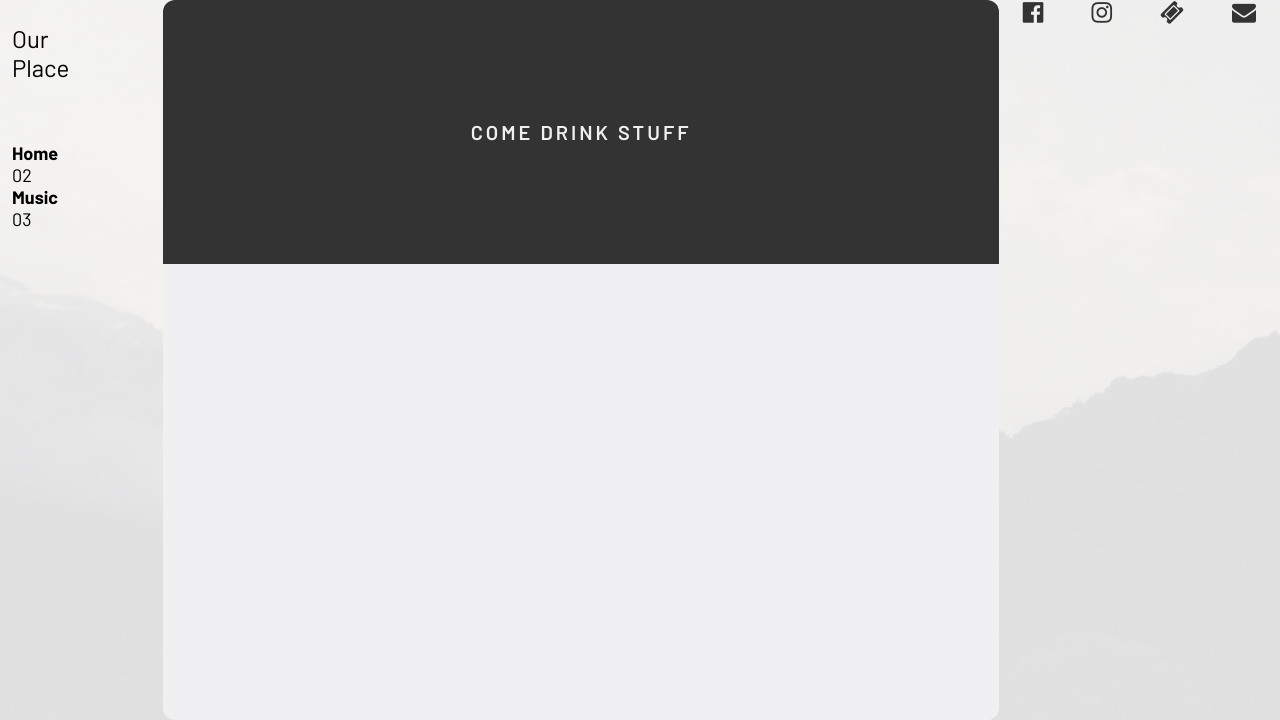
Repository: meghan-kradolfer/our-space-v1
Page: /
The author's editor kept a copy of each file at every save. The page is drawn from the files as they stood at one save, then again after the next save.
The browser window is 1280 px wide. The pictures show the whole page.
The project was rebuilt for these pictures with package versions that can differ from the ones it lists, and the page was loaded fresh each time. Also part of the build but not shown: src/containers/music/index.js.

Above is the page before, as saved 2017-11-17 09:05:58.

### public/index.html
<!doctype html>
<html lang="en">
<head>
    <meta charSet="utf-8" />
     <meta charset="utf-8">
    <meta name="viewport" content="width=device-width, initial-scale=1, shrink-to-fit=no">
    <meta name="theme-color" content="#000000">

    <title>Our Place</title>

    <link rel="apple-touch-icon" href="%PUBLIC_URL%/favicon.ico"/>
    <link rel="apple-touch-icon" sizes="76x76" href="%PUBLIC_URL%/favicon.ico"/>
    <link rel="apple-touch-icon" sizes="120x120" href="%PUBLIC_URL%/favicon.ico"/>
    <link rel="apple-touch-icon" sizes="152x152" href="%PUBLIC_URL%/favicon.ico"/>
    <link rel="apple-touch-icon" sizes="180x180" href="%PUBLIC_URL%/favicon.ico"/>
    <link rel="icon" sizes="192x192" href="%PUBLIC_URL%/favicon.ico"/>
    <link rel="shortcut icon" sizes="76x76" type="image/x-icon" href="%PUBLIC_URL%/favicon.ico"/>
    <link rel="mask-icon" href="%PUBLIC_URL%/favicon.ico" color="#000000"/>


    <meta name="description" content="Our Place"/>

    <meta property="og:site_name" content="Our Place"/>
    <meta property="og:title" content="Our Place"/>
    <meta property="og:description" content="Our Place"/>
    <meta property="og:type" content="website"/>
    <meta property="og:url" content="#"/>
    <meta property="og:image" content="#"/>
    <meta property="og:locale" content="en_NZ"/>

    <meta name="twitter:title" content="Our Place"/>
    <meta name="twitter:description" content="Our Place"/>
    <meta name="twitter:card" content="summary"/>
    <meta name="twitter:app:name:iphone" content="Our Place"/>
    <meta name="twitter:app:name:ipad" content="Our Place"/>
    <meta name="twitter:app:name:googleplay" content="Our Place"/>

    <link href="https://maxcdn.bootstrapcdn.com/font-awesome/4.7.0/css/font-awesome.min.css" rel="stylesheet" />

   <link href="https://fonts.googleapis.com/css?family=Crimson+Text:400,400i,600,600i,700" rel="stylesheet" />
   <link href="https://fonts.googleapis.com/css?family=Barlow:400,400i,600,600i,700" rel="stylesheet">

</head>
<body>
 <noscript>
      You need to enable JavaScript to run this app.
    </noscript>
<div id="root"></div>
</body>
</html>

### src/index.js
import React from 'react';
import ReactDOM from 'react-dom';
import {BrowserRouter as Router} from 'react-router-dom'
import './index.css';
import App from './containers/app'
import registerServiceWorker from './registerServiceWorker';

ReactDOM.render(<Router><App /></Router>, document.getElementById('root'));
registerServiceWorker();

### src/index.css
@keyframes bubble {
  100% {
    -webkit-transform: translate(-1px, 2px);
    -moz-transform: translate(-1px, 2px);
    -ms-transform: translate(-1px, 2px);
    -o-transform: translate(-1px, 2px);
    transform: translate(-1px, 2px); }
  75% {
    -webkit-transform: translate(3px, -2px);
    -moz-transform: translate(3px, -2px);
    -ms-transform: translate(3px, -2px);
    -o-transform: translate(3px, -2px);
    transform: translate(3px, -2px); }
  50% {
    -webkit-transform: translate(-1px, 1px);
    -moz-transform: translate(-1px, 1px);
    -ms-transform: translate(-1px, 1px);
    -o-transform: translate(-1px, 1px);
    transform: translate(-1px, 1px); }
  25% {
    -webkit-transform: translate(1px, 2px);
    -moz-transform: translate(1px, 2px);
    -ms-transform: translate(1px, 2px);
    -o-transform: translate(1px, 2px);
    transform: translate(1px, 2px); }
  0% {
    -webkit-transform: translate(-1px, -2px);
    -moz-transform: translate(-1px, -2px);
    -ms-transform: translate(-1px, -2px);
    -o-transform: translate(-1px, -2px);
    transform: translate(-1px, -2px); } }

@-webkit-keyframes bubble {
  100% {
    -webkit-transform: translate(-1px, 2px);
    -moz-transform: translate(-1px, 2px);
    -ms-transform: translate(-1px, 2px);
    -o-transform: translate(-1px, 2px);
    transform: translate(-1px, 2px); }
  75% {
    -webkit-transform: translate(3px, -2px);
    -moz-transform: translate(3px, -2px);
    -ms-transform: translate(3px, -2px);
    -o-transform: translate(3px, -2px);
    transform: translate(3px, -2px); }
  50% {
    -webkit-transform: translate(-1px, 1px);
    -moz-transform: translate(-1px, 1px);
    -ms-transform: translate(-1px, 1px);
    -o-transform: translate(-1px, 1px);
    transform: translate(-1px, 1px); }
  25% {
    -webkit-transform: translate(1px, 2px);
    -moz-transform: translate(1px, 2px);
    -ms-transform: translate(1px, 2px);
    -o-transform: translate(1px, 2px);
    transform: translate(1px, 2px); }
  0% {
    -webkit-transform: translate(-1px, -2px);
    -moz-transform: translate(-1px, -2px);
    -ms-transform: translate(-1px, -2px);
    -o-transform: translate(-1px, -2px);
    transform: translate(-1px, -2px); } }

@keyframes bubblebubble {
  50% {
    -webkit-transform: translate(0px, -130px);
    -moz-transform: translate(0px, -130px);
    -ms-transform: translate(0px, -130px);
    -o-transform: translate(0px, -130px);
    transform: translate(0px, -130px);
    opacity: 0; }
  40% {
    -webkit-transform: translate(3px, -90px);
    -moz-transform: translate(3px, -90px);
    -ms-transform: translate(3px, -90px);
    -o-transform: translate(3px, -90px);
    transform: translate(3px, -90px);
    opacity: 0.4; }
  30% {
    -webkit-transform: translate(-3px, -60px);
    -moz-transform: translate(-3px, -60px);
    -ms-transform: translate(-3px, -60px);
    -o-transform: translate(-3px, -60px);
    transform: translate(-3px, -60px);
    opacity: 0.6; }
  100% {
    opacity: 0;
    -webkit-transform: translate(0px, 0px);
    -moz-transform: translate(0px, 0px);
    -ms-transform: translate(0px, 0px);
    -o-transform: translate(0px, 0px);
    transform: translate(0px, 0px); }
  90% {
    -webkit-transform: translate(0px, -130px);
    -moz-transform: translate(0px, -130px);
    -ms-transform: translate(0px, -130px);
    -o-transform: translate(0px, -130px);
    transform: translate(0px, -130px);
    opacity: 0; }
  20% {
    -webkit-transform: translate(4px, -40px);
    -moz-transform: translate(4px, -40px);
    -ms-transform: translate(4px, -40px);
    -o-transform: translate(4px, -40px);
    transform: translate(4px, -40px);
    opacity: 0.7; }
  10% {
    -webkit-transform: translate(-4px, -20px);
    -moz-transform: translate(-4px, -20px);
    -ms-transform: translate(-4px, -20px);
    -o-transform: translate(-4px, -20px);
    transform: translate(-4px, -20px);
    opacity: 0.8; }
  0% {
    -webkit-transform: translate(0px, 0px);
    -moz-transform: translate(0px, 0px);
    -ms-transform: translate(0px, 0px);
    -o-transform: translate(0px, 0px);
    transform: translate(0px, 0px);
    opacity: 0.9; } }

@-webkit-keyframes bubblebubble {
  50% {
    -webkit-transform: translate(0px, -130px);
    -moz-transform: translate(0px, -130px);
    -ms-transform: translate(0px, -130px);
    -o-transform: translate(0px, -130px);
    transform: translate(0px, -130px);
    opacity: 0; }
  40% {
    -webkit-transform: translate(3px, -90px);
    -moz-transform: translate(3px, -90px);
    -ms-transform: translate(3px, -90px);
    -o-transform: translate(3px, -90px);
    transform: translate(3px, -90px);
    opacity: 0.4; }
  30% {
    -webkit-transform: translate(-3px, -60px);
    -moz-transform: translate(-3px, -60px);
    -ms-transform: translate(-3px, -60px);
    -o-transform: translate(-3px, -60px);
    transform: translate(-3px, -60px);
    opacity: 0.6; }
  100% {
    opacity: 0;
    -webkit-transform: translate(0px, 0px);
    -moz-transform: translate(0px, 0px);
    -ms-transform: translate(0px, 0px);
    -o-transform: translate(0px, 0px);
    transform: translate(0px, 0px); }
  90% {
    -webkit-transform: translate(0px, -130px);
    -moz-transform: translate(0px, -130px);
    -ms-transform: translate(0px, -130px);
    -o-transform: translate(0px, -130px);
    transform: translate(0px, -130px);
    opacity: 0; }
  20% {
    -webkit-transform: translate(4px, -40px);
    -moz-transform: translate(4px, -40px);
    -ms-transform: translate(4px, -40px);
    -o-transform: translate(4px, -40px);
    transform: translate(4px, -40px);
    opacity: 0.7; }
  10% {
    -webkit-transform: translate(-4px, -20px);
    -moz-transform: translate(-4px, -20px);
    -ms-transform: translate(-4px, -20px);
    -o-transform: translate(-4px, -20px);
    transform: translate(-4px, -20px);
    opacity: 0.8; }
  0% {
    -webkit-transform: translate(0px, 0px);
    -moz-transform: translate(0px, 0px);
    -ms-transform: translate(0px, 0px);
    -o-transform: translate(0px, 0px);
    transform: translate(0px, 0px);
    opacity: 0.9; } }

/* ==========================================================================
   Normalize.scss settings
   ========================================================================== */
/**
 * Includes legacy browser support IE6/7
 *
 * Set to false if you want to drop support for IE6 and IE7
 */
/* Base
   ========================================================================== */
/**
 * 1. Set default font family to sans-serif.
 * 2. Prevent iOS and IE text size adjust after device orientation change,
 *    without disabling user zoom.
 * 3. Corrects text resizing oddly in IE 6/7 when body `font-size` is set using
 *  `em` units.
 */
html {
  font-family: sans-serif;
  /* 1 */
  -ms-text-size-adjust: 100%;
  /* 2 */
  -webkit-text-size-adjust: 100%;
  /* 2 */ }

/**
 * Remove default margin.
 */
body {
  margin: 0; }

/* HTML5 display definitions
   ========================================================================== */
/**
 * Correct `block` display not defined for any HTML5 element in IE 8/9.
 * Correct `block` display not defined for `details` or `summary` in IE 10/11
 * and Firefox.
 * Correct `block` display not defined for `main` in IE 11.
 */
article,
aside,
details,
figcaption,
figure,
footer,
header,
hgroup,
main,
menu,
nav,
section,
summary {
  display: block; }

/**
 * 1. Correct `inline-block` display not defined in IE 6/7/8/9 and Firefox 3.
 * 2. Normalize vertical alignment of `progress` in Chrome, Firefox, and Opera.
 */
audio,
canvas,
progress,
video {
  display: inline-block;
  /* 1 */
  vertical-align: baseline;
  /* 2 */ }

/**
 * Prevents modern browsers from displaying `audio` without controls.
 * Remove excess height in iOS 5 devices.
 */
audio:not([controls]) {
  display: none;
  height: 0; }

/**
 * Address `[hidden]` styling not present in IE 8/9/10.
 * Hide the `template` element in IE 8/9/10/11, Safari, and Firefox < 22.
 */
[hidden],
template {
  display: none; }

/* Links
   ========================================================================== */
/**
 * Remove the gray background color from active links in IE 10.
 */
a {
  background-color: transparent; }

/**
 * Improve readability of focused elements when they are also in an
 * active/hover state.
 */
a:active, a:hover {
  outline: 0; }

/* Text-level semantics
   ========================================================================== */
/**
 * Address styling not present in IE 8/9/10/11, Safari, and Chrome.
 */
abbr[title] {
  border-bottom: 1px dotted; }

/**
 * Address style set to `bolder` in Firefox 4+, Safari, and Chrome.
 */
b,
strong {
  font-weight: bold; }

/**
 * Address styling not present in Safari and Chrome.
 */
dfn {
  font-style: italic; }

/**
 * Address variable `h1` font-size and margin within `section` and `article`
 * contexts in Firefox 4+, Safari, and Chrome.
 */
h1 {
  font-size: 2em;
  margin: 0.67em 0; }

/**
 * Addresses styling not present in IE 8/9.
 */
mark {
  background: #ff0;
  color: #000; }

/**
 * Address inconsistent and variable font size in all browsers.
 */
small {
  font-size: 80%; }

/**
 * Prevent `sub` and `sup` affecting `line-height` in all browsers.
 */
sub,
sup {
  font-size: 75%;
  line-height: 0;
  position: relative;
  vertical-align: baseline; }

sup {
  top: -0.5em; }

sub {
  bottom: -0.25em; }

/* Embedded content
   ========================================================================== */
/**
 * 1. Remove border when inside `a` element in IE 8/9/10.
 * 2. Improves image quality when scaled in IE 7.
 */
img {
  border: 0; }

/**
 * Correct overflow not hidden in IE 9/10/11.
 */
svg:not(:root) {
  overflow: hidden; }

/* Grouping content
   ========================================================================== */
/**
 * Address margin not present in IE 8/9 and Safari.
 */
figure {
  margin: 1em 40px; }

/**
 * Address differences between Firefox and other browsers.
 */
hr {
  box-sizing: content-box;
  height: 0; }

/**
 * Contain overflow in all browsers.
 */
pre {
  overflow: auto; }

/**
 * Address odd `em`-unit font size rendering in all browsers.
 * Correct font family set oddly in IE 6, Safari 4/5, and Chrome.
 */
code,
kbd,
pre,
samp {
  font-family: monospace, monospace;
  font-size: 1em; }

/* Forms
   ========================================================================== */
/**
 * Known limitation: by default, Chrome and Safari on OS X allow very limited
 * styling of `select`, unless a `border` property is set.
 */
/**
 * 1. Correct color not being inherited.
 *  Known issue: affects color of disabled elements.
 * 2. Correct font properties not being inherited.
 * 3. Address margins set differently in Firefox 4+, Safari, and Chrome.
 * 4. Improves appearance and consistency in all browsers.
 */
button,
input,
optgroup,
select,
textarea {
  color: inherit;
  /* 1 */
  font: inherit;
  /* 2 */
  margin: 0;
  /* 3 */ }

/**
 * Address `overflow` set to `hidden` in IE 8/9/10/11.
 */
button {
  overflow: visible; }

/**
 * Address inconsistent `text-transform` inheritance for `button` and `select`.
 * All other form control elements do not inherit `text-transform` values.
 * Correct `button` style inheritance in Firefox, IE 8/9/10/11, and Opera.
 * Correct `select` style inheritance in Firefox.
 */
button,
select {
  text-transform: none; }

/**
 * 1. Avoid the WebKit bug in Android 4.0.* where (2) destroys native `audio`
 *  and `video` controls.
 * 2. Correct inability to style clickable `input` types in iOS.
 * 3. Improve usability and consistency of cursor style between image-type
 *  `input` and others.
 * 4. Removes inner spacing in IE 7 without affecting normal text inputs.
 *  Known issue: inner spacing remains in IE 6.
 */
button,
html input[type="button"],
input[type="reset"],
input[type="submit"] {
  -webkit-appearance: button;
  /* 2 */
  cursor: pointer;
  /* 3 */ }

/**
 * Re-set default cursor for disabled elements.
 */
button[disabled],
html input[disabled] {
  cursor: default; }

/**
 * Remove inner padding and border in Firefox 4+.
 */
button::-moz-focus-inner,
input::-moz-focus-inner {
  border: 0;
  padding: 0; }

/**
 * Address Firefox 4+ setting `line-height` on `input` using `!important` in
 * the UA stylesheet.
 */
input {
  line-height: normal; }

/**
 * 1. Address box sizing set to `content-box` in IE 8/9/10.
 * 2. Remove excess padding in IE 8/9/10.
 *  Known issue: excess padding remains in IE 6.
 */
input[type="checkbox"],
input[type="radio"] {
  box-sizing: border-box;
  /* 1 */
  padding: 0;
  /* 2 */ }

/**
 * Fix the cursor style for Chrome's increment/decrement buttons. For certain
 * `font-size` values of the `input`, it causes the cursor style of the
 * decrement button to change from `default` to `text`.
 */
input[type="number"]::-webkit-inner-spin-button,
input[type="number"]::-webkit-outer-spin-button {
  height: auto; }

/**
 * 1. Address `appearance` set to `searchfield` in Safari and Chrome.
 * 2. Address `box-sizing` set to `border-box` in Safari and Chrome.
 */
input[type="search"] {
  -webkit-appearance: textfield;
  /* 1 */
  box-sizing: content-box;
  /* 2 */ }

/**
 * Remove inner padding and search cancel button in Safari and Chrome on OS X.
 * Safari (but not Chrome) clips the cancel button when the search input has
 * padding (and `textfield` appearance).
 */
input[type="search"]::-webkit-search-cancel-button,
input[type="search"]::-webkit-search-decoration {
  -webkit-appearance: none; }

/**
 * Define consistent border, margin, and padding.
 */
fieldset {
  border: 1px solid #c0c0c0;
  margin: 0 2px;
  padding: 0.35em 0.625em 0.75em; }

/**
 * 1. Correct `color` not being inherited in IE 8/9/10/11.
 * 2. Remove padding so people aren't caught out if they zero out fieldsets.
 * 3. Corrects text not wrapping in Firefox 3.
 * 4. Corrects alignment displayed oddly in IE 6/7.
 */
legend {
  border: 0;
  /* 1 */
  padding: 0;
  /* 2 */ }

/**
 * Remove default vertical scrollbar in IE 8/9/10/11.
 */
textarea {
  overflow: auto; }

/**
 * Don't inherit the `font-weight` (applied by a rule above).
 * NOTE: the default cannot safely be changed in Chrome and Safari on OS X.
 */
optgroup {
  font-weight: bold; }

/* Tables
   ========================================================================== */
/**
 * Remove most spacing between table cells.
 */
table {
  border-collapse: collapse;
  border-spacing: 0; }

td,
th {
  padding: 0; }

a {
  color: inherit; }

* {
  box-sizing: border-box; }

html,
body {
  height: 100%;
  font-size: 12px; }

html {
  background-image: url("/assets/img/bg.jpg");
  background-size: cover; }

body {
  background-color: rgba(244, 244, 244, 0.9); }

img {
  max-width: 100%; }

.container {
  padding: 0;
  margin: 0;
  list-style: none;
  height: 100vh;
  -ms-box-orient: horizontal;
  display: flex;
  justify-content: space-around;
  flex-flow: row wrap;
  align-items: stretch; }

header {
  flex: 1;
  height: 100vh;
  overflow: scroll; }

main {
  font-family: "Barlow", sans-serif;
  flex: 6;
  height: 100vh;
  background: #F0F0F2;
  overflow: scroll;
  border-radius: 1rem; }

h1 {
  font-weight: 600;
  color: rgba(47, 47, 47, 0.98);
  text-transform: uppercase;
  font-size: 20px;
  letter-spacing: 3px;
  padding: 1rem;
  margin: 0; }

h2 {
  background-color: rgba(47, 47, 47, 0.98);
  font-weight: 600;
  color: #F0F0F2;
  text-transform: uppercase;
  font-size: 20px;
  letter-spacing: 3px;
  padding: 1rem;
  margin: 0; }

a {
  position: relative;
  text-decoration: none;
  color: inherit; }

.row {
  max-width: 80rem;
  margin: 0 auto; }

.col-12, .col-10, .col-9, .col-6, .col-4, .col-3 {
  display: inline-block;
  vertical-align: middle; }

.col-12 {
  width: 100%; }

.col-10 {
  width: 83.3%; }

.col-9 {
  width: 75%; }

.col-6 {
  width: 50%; }

.col-4 {
  width: 33.3%; }

.col-3 {
  width: 25%; }

.top-banner {
  background-color: rgba(47, 47, 47, 0.98); }
  .top-banner h1 {
    color: #F0F0F2;
    padding: 10rem 0;
    text-align: center; }

header {
  font-family: "Barlow", sans-serif;
  padding: 1rem 0;
  font-size: 1.5rem;
  padding: 0 1rem; }
  header .flex-item {
    display: flex;
    flex-direction: column; }
  header .logo {
    font-size: 2rem;
    padding: 2rem 0 5rem 0; }
  header .nav-item {
    flex-direction: column;
    color: rgba(47, 47, 47, 0.98);
    padding: 1rem 0;
    border-top: 1px solid rgba(47, 47, 47, 0.98);
    padding-bottom: 4rem; }
    header .nav-item:hover {
      color: #66857B;
      border-color: #66857B; }
  header strong {
    display: block; }

footer .social {
  text-align: center;
  color: rgba(47, 47, 47, 0.98); }
  footer .social i {
    font-size: 2rem;
    padding: 0 2rem;
    cursor: pointer; }
    footer .social i:hover {
      color: #66857B; }

### src/containers/app/index.js
import React from 'react';
import {Route, Link} from 'react-router-dom'
import Home from '../home'
import Music from '../music'
import Nav from '../../components/nav'
import Footer from '../../components/footer'
import tracker from '../../utils/google-analytics';


const App = () => (
  <div className="container">
    <Nav>
      <Link to="/">
        <strong>Home</strong>
        02
      </Link>
      <Link to="/music">
        <strong>Music</strong>
        03
      </Link>
    </Nav>
    <main>
      <Route exact path="/" component={tracker(Home)}/>
      <Route exact path="/music" component={tracker(Music)}/>
    </main>
    <Footer />
  </div>
);

export default App

### src/containers/home/index.js
import React from 'react'

const Home = props => (
  <div className="home">
   <div className="top-banner">
      <h1>Come Drink Stuff</h1>
   </div>
  </div>
);

export default Home;

### src/components/nav.js
import React from 'react'

class Nav extends React.Component {
  render() {
    return (
      <header>
        <div className="flex-item logo">
          Our <br/> Place
        </div>
        <nav className="flex-item">
          {this.props.children}
        </nav>
      </header>
    )
  }
}

export default Nav

### src/components/footer.js
import React from 'react'
import ReactGA from 'react-ga';

class Footer extends React.Component {
  render() {
    return (
      <footer>
        <div className="social">
      <ReactGA.OutboundLink
        eventLabel="Clicked Facebook link"
        to="https://www.facebook.com/events/2013944188890159/?acontext=%7B%22ref%22%3A%2229%22%2C%22ref_notif_type%22%3A%22plan_user_invited%22%2C%22action_history%22%3A%22null%22%7D&notif_id=1506919579574345&notif_t=plan_user_invited"
        target="_blank">
        <i className="fa fa-facebook-official" aria-hidden="true"></i>
      </ReactGA.OutboundLink>
       <ReactGA.OutboundLink
        eventLabel="Clicked Instagram link"
        to="https://www.instagram.com/comedrinkstuff/"
        target="_blank">
        <i className="fa fa-instagram" aria-hidden="true"></i>
      </ReactGA.OutboundLink>
      <ReactGA.OutboundLink
        eventLabel="Clicked Eventbrite link"
        to="https://www.eventbrite.com/e/come-drink-stuff-01-vulcan-brewers-tickets-38309428532"
        target="_blank">
        <i className="fa fa-ticket" aria-hidden="true"></i>
      </ReactGA.OutboundLink>
      <ReactGA.OutboundLink
        eventLabel="Clicked Email link"
        to="mailto:info@comedrinkstuff.com">
        <i className="fa fa-envelope" aria-hidden="true"></i>
      </ReactGA.OutboundLink>


    </div>
      </footer>
    )
  }
}

export default Footer

### src/utils/google-analytics.js
import React from 'react';
import ReactGA from 'react-ga';

ReactGA.initialize('UA-107493752-1');

const tracker = (WrappedComponent) => {
  const trackPage = (page) => {
    ReactGA.pageview(page);
  };

  const HOC = (props) => {
    const page = props.location.pathname;
    trackPage(page);

    return (
      <WrappedComponent {...props} />
    );
  };

  return HOC;
};

export default tracker;

Loaded but not shown: src/registerServiceWorker.js (common file)

After the next save:
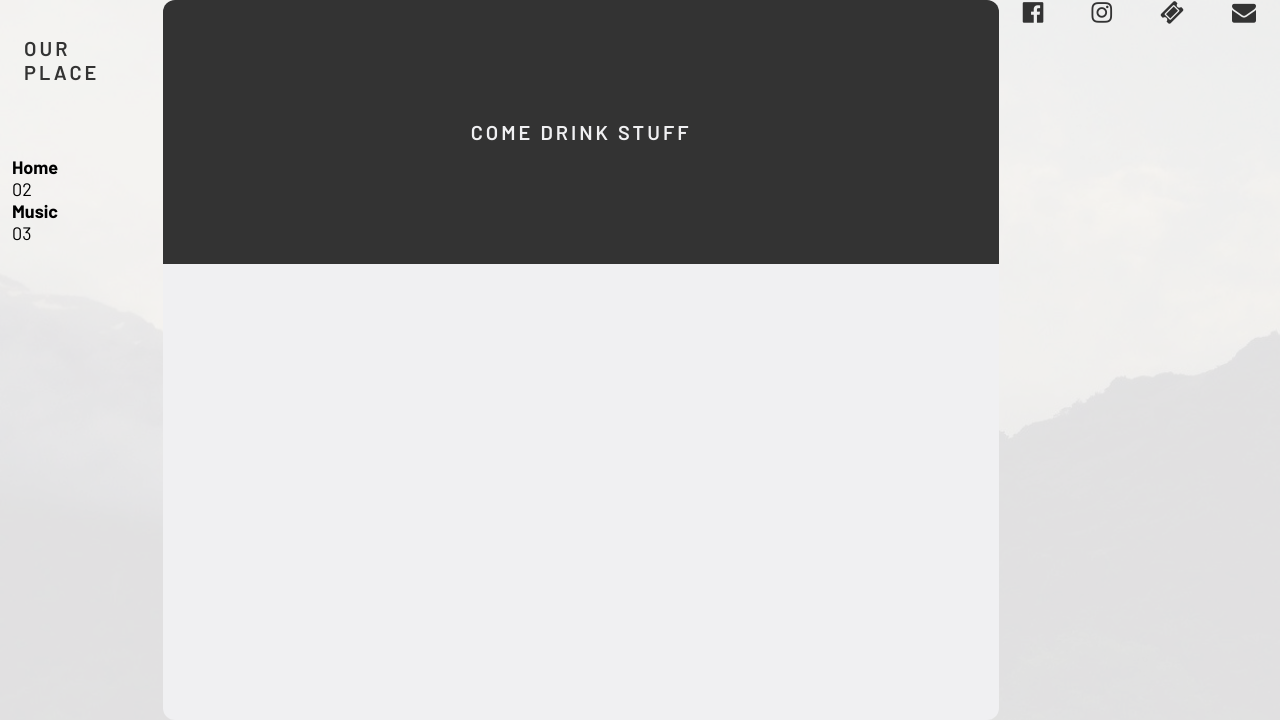
Saved 47 s later.
--- a/src/components/nav.js
+++ b/src/components/nav.js
@@ -5,7 +5,7 @@ class Nav extends React.Component {
     return (
       <header>
         <div className="flex-item logo">
-          Our <br/> Place
+          <h1>Our Place</h1>
         </div>
         <nav className="flex-item">
           {this.props.children}
